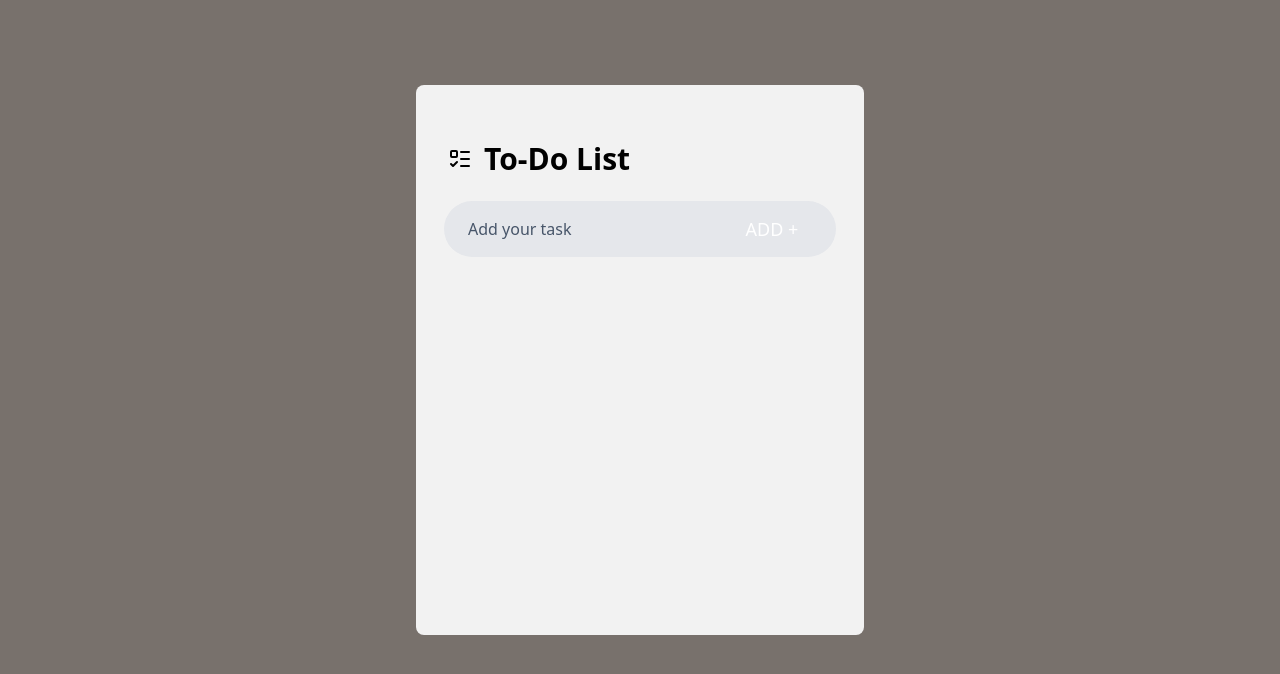
Repository: guilhermecardoso93/todolist-2025-tailwind
Page: /
An editor plug-in stored every save of this project. The page is shown before and after the next save, followed by the edit.
The browser window is 1280 px wide. The pictures show the whole page.
The project was rebuilt for these pictures with package versions that can differ from the ones it lists, and the page was loaded fresh each time. Also part of the build but not shown: vite.config.js.

Above is the page before, as saved 2024-11-07 20:04:58.

### index.html
<!doctype html>
<html lang="en">
  <head>
    <meta charset="UTF-8" />
    <meta name="viewport" content="width=device-width, initial-scale=1.0" />
    <title>ToDo List</title>
  </head>
  <body>
    <div id="root"></div>
    <script type="module" src="/src/main.jsx"></script>
  </body>
</html>

### src/App.jsx
import "./App.css";
import { ToDo } from "./components/ToDo";

export function App() {
  return (
    <div className="bg-stone-500 grid py-4 min-h-screen">
      <ToDo />
    </div>
  );
}

### src/components/ToDo.jsx
import { ListTodo } from "lucide-react";

export function ToDo() {
  return (
    <div className="bg-[#f2f2f2] place-self-center w-11/12 max-w-md flex flex-col p-7 min-h-[550px] rounded-lg gap-4">
      <div className="flex items-center mt-7 gap-2 flex flex-row">
        <ListTodo className="w-8" />
        <h1 className="text-3xl font-semibold">To-Do List</h1>
      </div>

      <div className="flex items-center my-2 bg-gray-200 rounded-full">
        <input
          type="text"
          placeholder="Add your task"
          className="bg-transparent border-0 outline-none flex-1 h-14 pl-6 pr-2 placeholder:text-slate-600"
        />
        <button className="border-none rounded-full bg-range-600 w-32 h-14 text-white text-lg">
          ADD +
        </button>
      </div>
    </div>
  );
}

Loaded but not shown: src/main.jsx (common file); src/index.css (common file); tailwind.config.js (common file); src/App.css (no stored copy; drawn as an empty file)

After the next save:
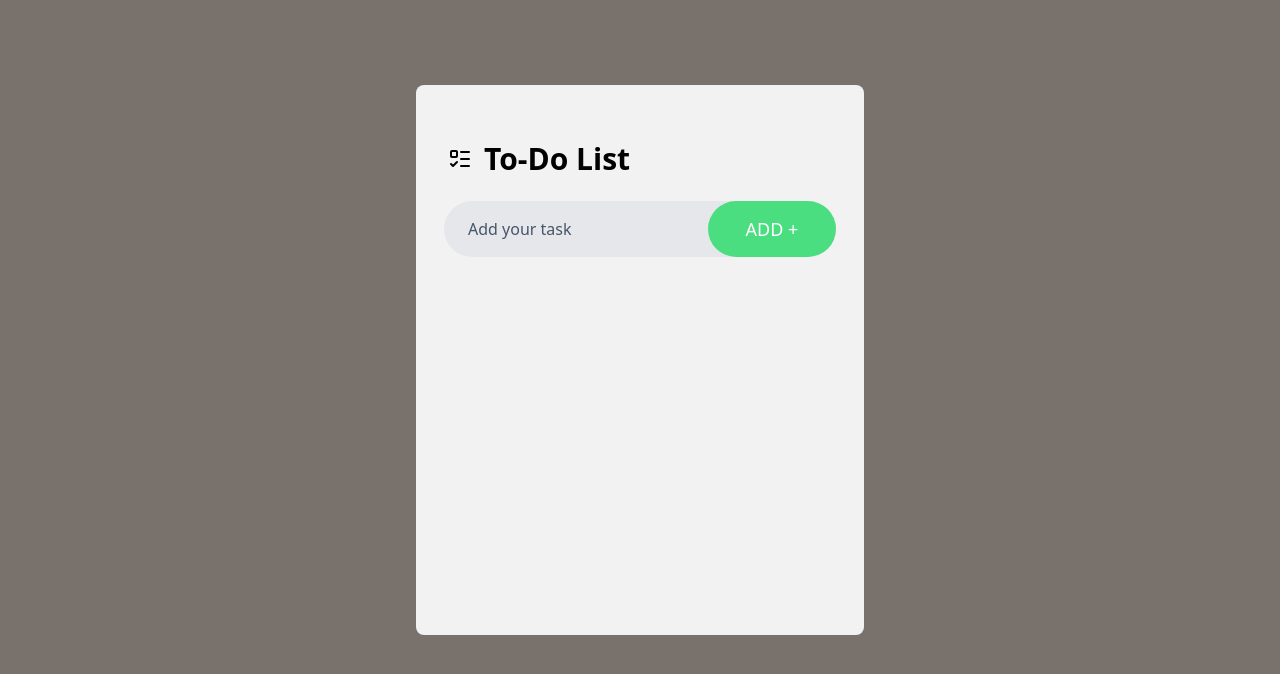
Saved 15 s later.
--- a/src/components/ToDo.jsx
+++ b/src/components/ToDo.jsx
@@ -14,7 +14,7 @@ export function ToDo() {
           placeholder="Add your task"
           className="bg-transparent border-0 outline-none flex-1 h-14 pl-6 pr-2 placeholder:text-slate-600"
         />
-        <button className="border-none rounded-full bg-range-600 w-32 h-14 text-white text-lg">
+        <button className="border-none rounded-full bg-green-400 w-32 h-14 text-white text-lg">
           ADD +
         </button>
       </div>
